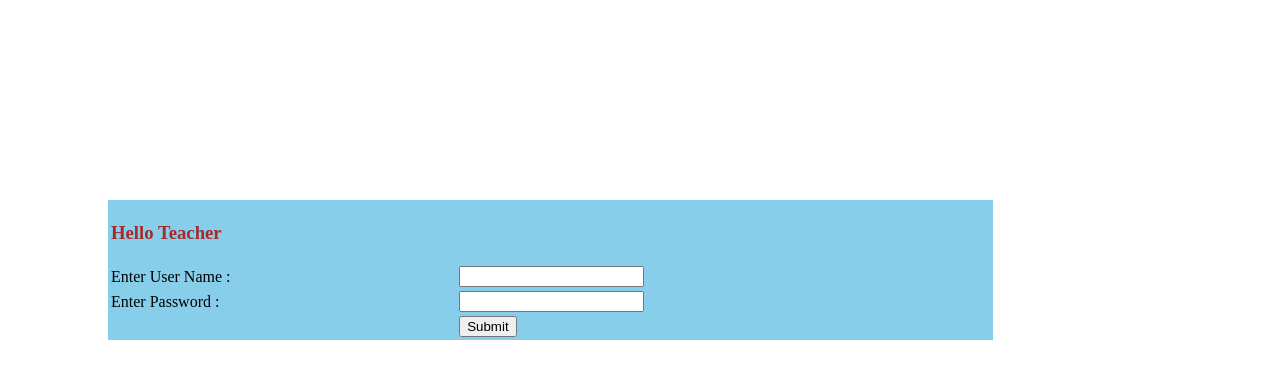
Repository: shulamitProjects/Java
Page: http://localhost/ProjectLibary/LoginTeacher.jsp
An editor plug-in stored every save of this project. The page is shown before and after the next save, followed by the edit.
The browser window is 1280 px wide. The pictures show the whole page.
The page is served by Tomcat 10. Other server files are loaded and not shown.

Above is the page before, as saved 2024-01-29 10:50:00.

### project/project_25-01/ProjectLibary/src/main/webapp/LoginTeacher.jsp
<%@ page language="java" contentType="text/html; charset=UTF-8"
	pageEncoding="UTF-8"%>

<!DOCTYPE html PUBLIC "-//W3C//DTD HTML 4.01 Transitional//EN" "http://www.w3.org/TR/html4/loose.dtd">
<html>
<head>
<meta http-equiv="Content-Type" content="text/html; charset=UTF-8">
<title>registration page</title>
</head>
<body>

	<form method="get" action="registration/controller/TeacherServlet">
		<%String type=""; %><table
			style="width: 70%; background-color: skyblue; margin-top: 200px; margin-left: 100px; margin-right: 200px;">

			<tr>
				<td>
					<h3 style="color: brown">Hello Teacher</h3>
				</td>
			</tr>
			<tr>
				<td>Enter User Name :</td>
				<td><input type="text" name="userName"></td>
			</tr>
			<tr>
				<td>Enter Password :</td>
				<td><input type="password" name="password"></td>
			</tr>
			<tr>
			<td><input type="hidden" name="type" value="teacher" /></td>
				<td><input type="submit"  value="Submit"></td>
			</tr>
		</table>
	</form>
</body>
</html>

After the next save:
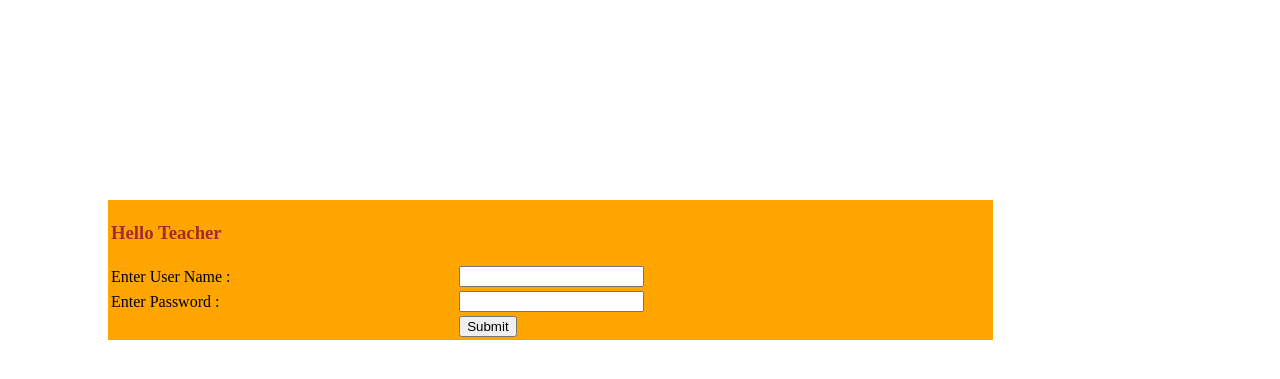
Saved 37 s later.
--- a/project/project_25-01/ProjectLibary/src/main/webapp/LoginTeacher.jsp
+++ b/project/project_25-01/ProjectLibary/src/main/webapp/LoginTeacher.jsp
@@ -11,7 +11,7 @@
 
 	<form method="get" action="registration/controller/TeacherServlet">
 		<%String type=""; %><table
-			style="width: 70%; background-color: skyblue; margin-top: 200px; margin-left: 100px; margin-right: 200px;">
+			style="width: 70%; background-color: orange; margin-top: 200px; margin-left: 100px; margin-right: 200px;">
 
 			<tr>
 				<td>
